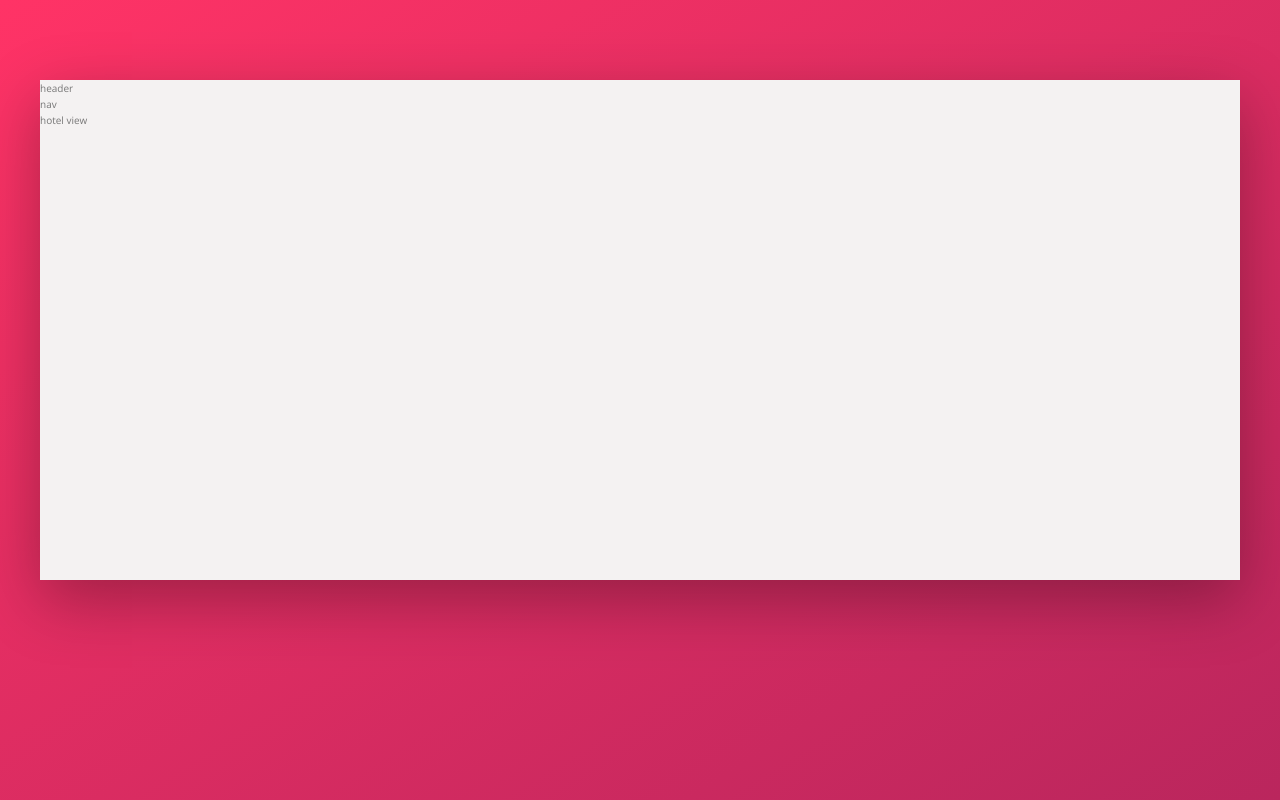
Repository: ajayaj2001/modern-Hotel
Page: /
These files come from the project's save history. The page is drawn as it stood at one moment and after the next save; the edit follows.
The browser window is 1280 px wide. The pictures show the whole page.
The project was rebuilt for these pictures with package versions that can differ from the ones it lists, and the page was loaded fresh each time. Also part of the build but not shown: src/header/Header.scss.

Above is the page before, as saved 2020-12-12 00:12:34.

### public/index.html
<!DOCTYPE html>
<html lang="en">

<head>
  <meta charset="utf-8" />
  <link rel="icon" href="%PUBLIC_URL%/favicon.ico" />
  <meta name="viewport" content="width=device-width, initial-scale=1" />
  <meta name="theme-color" content="#000000" />
  <meta name="description" content="Web site created using create-react-app" />
  <link rel="apple-touch-icon" href="%PUBLIC_URL%/logo192.png" />
  <link rel="preconnect" href="https://fonts.gstatic.com">
  <link href="https://fonts.googleapis.com/css2?family=Open+Sans:wght@300;400;600&display=swap" rel="stylesheet">
  <!--
      manifest.json provides metadata used when your web app is installed on a
      user's mobile device or desktop. See https://developers.google.com/web/fundamentals/web-app-manifest/
    -->
  <link rel="manifest" href="%PUBLIC_URL%/manifest.json" />
  <!--
      Notice the use of %PUBLIC_URL% in the tags above.
      It will be replaced with the URL of the `public` folder during the build.
      Only files inside the `public` folder can be referenced from the HTML.

      Unlike "/favicon.ico" or "favicon.ico", "%PUBLIC_URL%/favicon.ico" will
      work correctly both with client-side routing and a non-root public URL.
      Learn how to configure a non-root public URL by running `npm run build`.
    -->
  <title>React App</title>
</head>

<body>
  <noscript>You need to enable JavaScript to run this app.</noscript>
  <div id="root"></div>
  <!--
      This HTML file is a template.
      If you open it directly in the browser, you will see an empty page.

      You can add webfonts, meta tags, or analytics to this file.
      The build step will place the bundled scripts into the <body> tag.

      To begin the development, run `npm start` or `yarn start`.
      To create a production bundle, use `npm run build` or `yarn build`.
    -->
</body>

</html>

### src/index.js
import React from 'react';
import ReactDOM from 'react-dom';
import './index.scss';
import App from '../src/app/App';

ReactDOM.render(
  <React.StrictMode>
    <App />
  </React.StrictMode>,
  document.getElementById('root')
);

### src/index.scss
@import "../src/scss/reuse.scss";
* {
  margin: 0;
  padding: 0;
}
:root {
  --color-primary: #eb2f64;
  --color-primary-light: #ff3366;
  --color-primary-dark: #ba265d;

  --color-gray-light-1: #faf9f9;
  --color-gray-light-2: #f4f2f2;
  --color-gray-light-3: #f0eeee;
  --color-gray-light-4: #ccc;

  --color-gray-dark-1: #333;
  --color-gray-dark-2: #777;
  --color-gray-dark-3: #999;

  --dark-shadow: 0 2rem 6rem rgba(black, 0.3);
}
*,
*::before,
*::after {
  box-sizing: inherit;
}
html {
  box-sizing: border-box;
  font-size: 62.5%; //1rem=10px 10px/16px=62.5%
}
body {
  font-family: "Open Sans", sans-serif;
  -webkit-font-smoothing: antialiased;
  -moz-osx-font-smoothing: grayscale;
  font-family: "Open Sans", sans-serif;
  font-weight: 400;
  line-height: 1.6;
  background-image: linear-gradient(to right bottom, var(--color-primary-light), var(--color-primary-dark));
  background-size: cover;
  background-repeat: no-repeat;
  min-height: 100vh;
  color: var(--color-gray-dark-2);
}

### src/app/App.js
import React from 'react';
import Header from '../header/Header';
import './App.scss';
function App() {
  return (
    <div className="container">
      <Header className="header" ></Header>
      <div className="content">
        <div className="sidebar">nav</div>
        <main className="hotel-view">
          hotel view
       </main>
      </div>
    </div>
  );
}

export default App;

### src/scss/reuse.scss
// variables

// $primary: #eb2f64;
// $primary-light: #ff3366;
// $primary-dark: #ba265d;

// $gray-light-1: #faf9f9;
// $gray-light-2: #f4f2f2;
// $gray-light-3: #f0eeee;

// $gray-dark-1: #333;
// $gray-dark-2: #777;
// $gray-dark-3: #999;

### src/header/Header.js
import React from 'react'
import './Header.scss';
const Header = () => {
    return (
        <div>
            header
        </div>
    )
}

export default Header

### src/app/App.scss
.container {
    max-width: 120rem;
    margin: 8rem auto;
    background-color: var(--color-gray-light-2);
    box-shadow: 0 2rem 6rem rgba(black, 0.3);
    min-height: 50rem;
}
.header {
}
.content {
}
.sidebar {
}
.hotel-view {
}

After the next save:
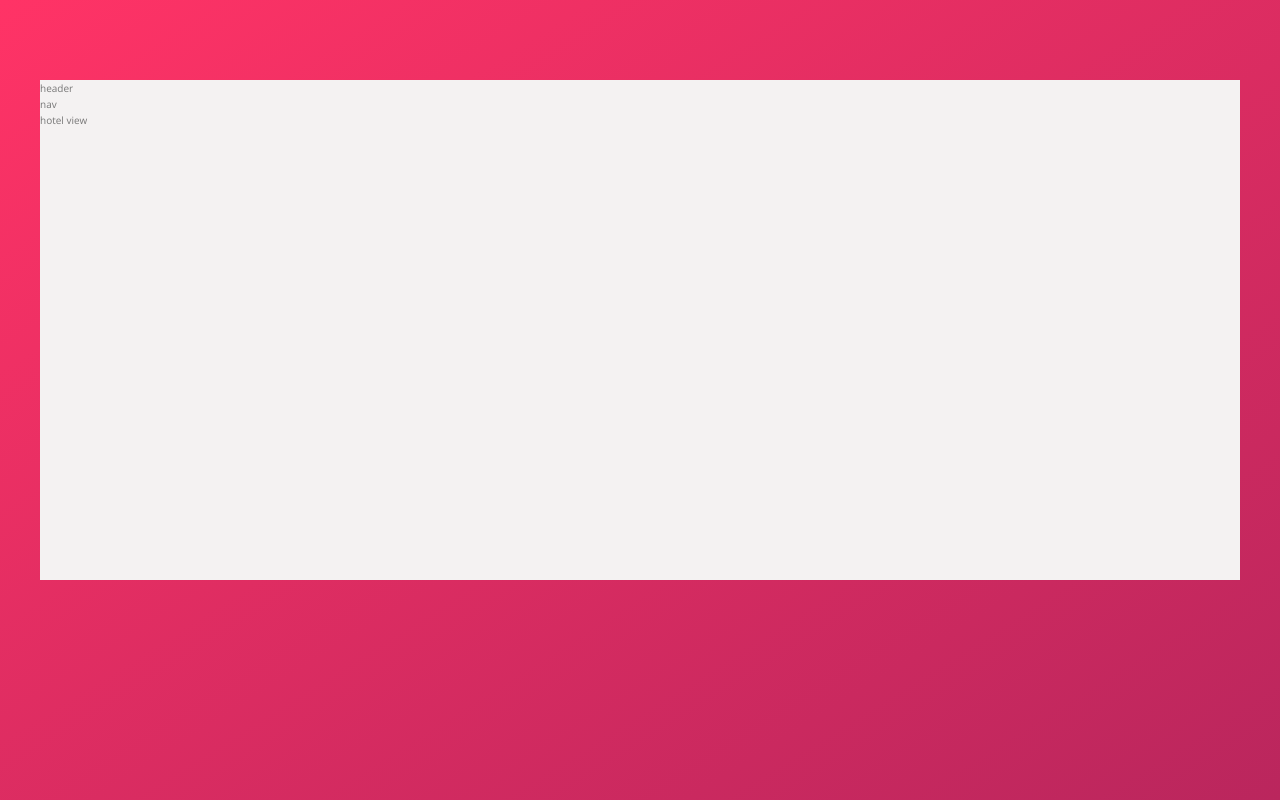
Saved 18 s later.
--- a/src/app/App.scss
+++ b/src/app/App.scss
@@ -2,7 +2,7 @@
     max-width: 120rem;
     margin: 8rem auto;
     background-color: var(--color-gray-light-2);
-    box-shadow: 0 2rem 6rem rgba(black, 0.3);
+    box-shadow: var(--dark-shadow);
     min-height: 50rem;
 }
 .header {
